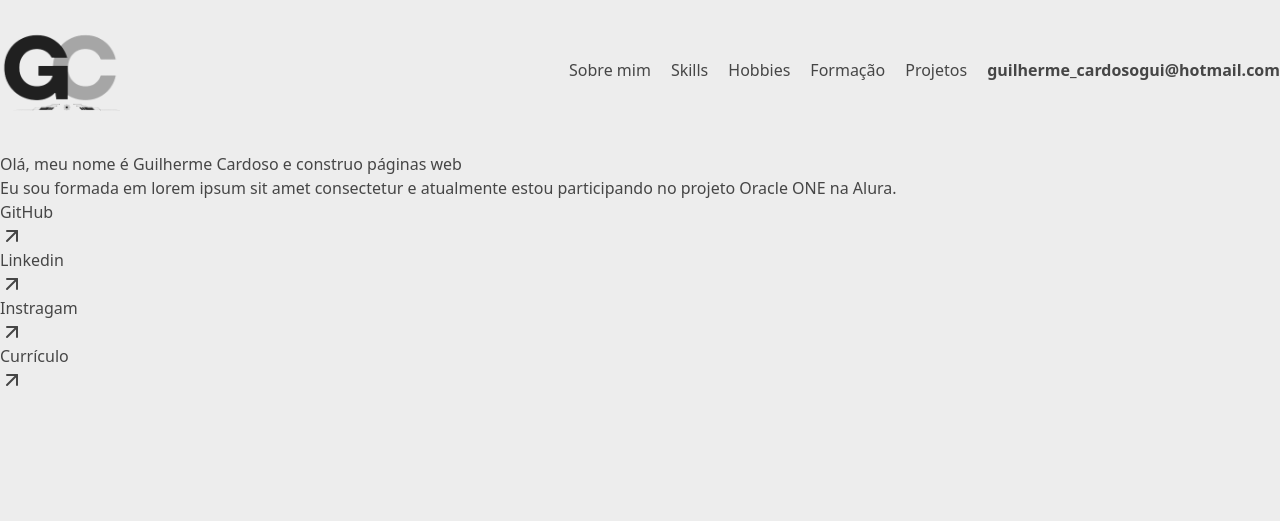
Repository: guilhermecardoso93/portfolio-alura-desafio
Page: /
These files come from the project's save history. The page is drawn as it stood at one moment and after the next save; the edit follows.
The browser window is 1280 px wide. The pictures show the whole page.
The project was rebuilt for these pictures with package versions that can differ from the ones it lists, and the page was loaded fresh each time. Also part of the build but not shown: vite.config.js.

Above is the page before, as saved 2024-04-06 19:57:11.

After the next save:
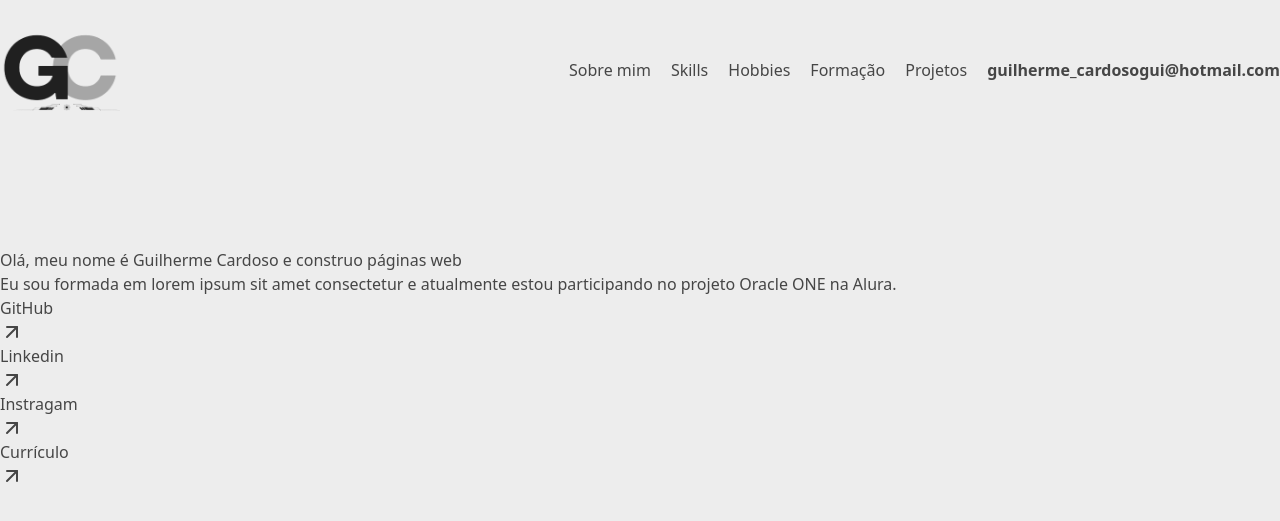
Saved 6 s later.
--- a/src/components/hero.jsx
+++ b/src/components/hero.jsx
@@ -2,7 +2,7 @@
 
 export function Hero() {
   return (
-    <main className='py-8'>
+    <main className='py-32'>
       <h1>Olá, meu nome é Guilherme Cardoso e construo páginas web</h1>
       <span>
         Eu sou formada em lorem ipsum sit amet consectetur e atualmente estou
